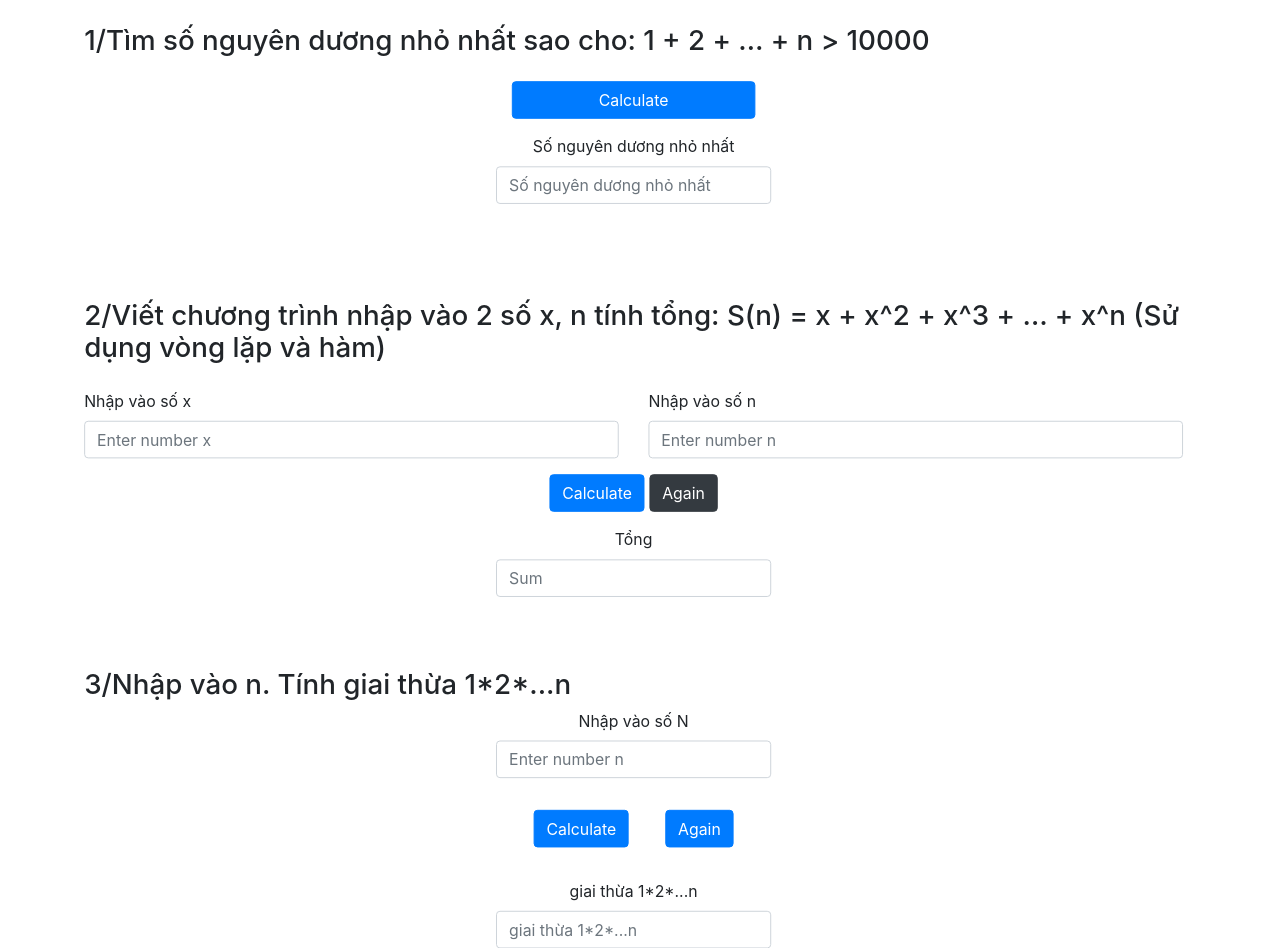
Repository: baobaodeveloper/bootcamp21__loop__HuynhAnhBao
Page: index.html
These files come from the project's save history. The page is drawn as it stood at one moment and after the next save; the edit follows.
The browser window is 1280 px wide. The pictures show the whole page, at 99% of full size.

Above is the page before, as saved 2022-03-16 23:43:03.

### index.html
<!DOCTYPE html>
<html lang="en">
  <head>
    <title>Exercise Js</title>
    <!-- Required meta tags -->
    <meta charset="utf-8" />
    <meta
      name="viewport"
      content="width=device-width, initial-scale=1, shrink-to-fit=no"
    />

    <!-- Bootstrap CSS -->
    <link
      rel="stylesheet"
      href="https://stackpath.bootstrapcdn.com/bootstrap/4.3.1/css/bootstrap.min.css"
      integrity="sha384-ggOyR0iXCbMQv3Xipma34MD+dH/1fQ784/j6cY/iJTQUOhcWr7x9JvoRxT2MZw1T"
      crossorigin="anonymous"
    />
  </head>
  <body>
    <!--1/Tìm số nguyên dương nhỏ nhất sao cho:
    1 + 2 + … + n > 10000-->
    <div class="container mt-4">
      <h3>1/Tìm số nguyên dương nhỏ nhất sao cho: 1 + 2 + … + n > 10000</h3>
      <div class="mb-3 flex-md-column d-flex w-25 m-auto text-center">
        <button type="button" id="min-number" class="btn btn-primary m-3">
          Calculate
        </button>
        <label class="form-label">Số nguyên dương nhỏ nhất</label>
        <input
          type="text"
          class="form-control"
          id="result1"
          placeholder="Số nguyên dương nhỏ nhất"
        />
      </div>
    </div>

    <!--2/Viết chương trình nhập vào 2 số x, n tính tổng: S(n) = x + x^2 + x^3 + … + x^n (Sử
    dụng vòng lặp và hàm)-->
    <div class="container mt-5 pt-5">
      <h3>
        2/Viết chương trình nhập vào 2 số x, n tính tổng: S(n) = x + x^2 + x^3 +
        … + x^n (Sử dụng vòng lặp và hàm)
      </h3>
      <div class="row mt-4">
        <div class="col">
          <label class="form-label">Nhập vào số x</label>
          <input
            type="number"
            class="form-control"
            placeholder="Enter number x"
            id="number-x"
          />
        </div>
        <div class="col">
          <label class="form-label">Nhập vào số n</label>
          <input
            type="number"
            class="form-control"
            placeholder="Enter number n"
            id="number-n"
          />
        </div>
      </div>

      <div class="m-3 text-center">
        <button type="button" id="calculate-sum" class="btn btn-primary">
          Calculate
        </button>
        <button type="button" id="calculate-sum-again" class="btn btn-dark">
          Again
        </button>
      </div>

      <div class="w-25 m-auto text-center">
        <label class="form-label">Tổng</label>
        <input
          type="text"
          class="form-control"
          id="result2"
          placeholder="Sum"
        />
      </div>
    </div>

    <!--3/Nhập vào n. Tính giai thừa 1*2*...n-->
    <div class="container mt-4 pt-5">
      <h3>3/Nhập vào n. Tính giai thừa 1*2*...n</h3>
      <div class="w-25 m-auto text-center">
        <label class="form-label">Nhập vào số N</label>
        <input
          type="email"
          class="form-control"
          id="num-enter"
          placeholder="Enter number n"
        />
      </div>
      <div class="mb-3 flex-md-column d-flex w-25 m-auto text-center">
        <div class="m-3">
          <button
            type="button"
            id="calculate-num-n"
            class="btn btn-primary m-3"
          >
            Calculate
          </button>
          <button
            type="button"
            id="calculate-num-n-again"
            class="btn btn-primary m-3"
          >
            Again
          </button>
        </div>
        <label class="form-label">giai thừa 1*2*...n</label>
        <input
          type="text"
          class="form-control"
          id="result3"
          placeholder="giai thừa 1*2*...n"
        />
      </div>
    </div>

    <!-- Optional JavaScript -->
    <!-- jQuery first, then Popper.js, then Bootstrap JS -->
    <script
      src="https://code.jquery.com/jquery-3.3.1.slim.min.js"
      integrity="sha384-q8i/X+965DzO0rT7abK41JStQIAqVgRVzpbzo5smXKp4YfRvH+8abtTE1Pi6jizo"
      crossorigin="anonymous"
    ></script>
    <script
      src="https://cdnjs.cloudflare.com/ajax/libs/popper.js/1.14.7/umd/popper.min.js"
      integrity="sha384-UO2eT0CpHqdSJQ6hJty5KVphtPhzWj9WO1clHTMGa3JDZwrnQq4sF86dIHNDz0W1"
      crossorigin="anonymous"
    ></script>
    <script
      src="https://stackpath.bootstrapcdn.com/bootstrap/4.3.1/js/bootstrap.min.js"
      integrity="sha384-JjSmVgyd0p3pXB1rRibZUAYoIIy6OrQ6VrjIEaFf/nJGzIxFDsf4x0xIM+B07jRM"
      crossorigin="anonymous"
    ></script>

    <!-- <script src="exercise1.js"></script> -->
    <!-- <script src="exercise2.js"></script> -->
    <script src="exercise3.js"></script>
  </body>
</html>

### exercise3.js
const numEnter = document.getElementById("num-enter");
const result3 = document.getElementById("result3");
document.getElementById("calculate-num-n").addEventListener("click", () => {
  if (numEnter.value) {
    const numEnterValue = +numEnter.value;
    let sum = 1;
    if (numEnterValue === 0) sum = 0;
    for (let i = 2; i <= numEnterValue; i++) {
      sum *= i;
    }
    result3.value = sum;
  }
});

document
  .getElementById("calculate-num-n-again")
  .addEventListener("click", () => {
    result3.value = "";
    numEnter.value = "";
  });

After the next save:
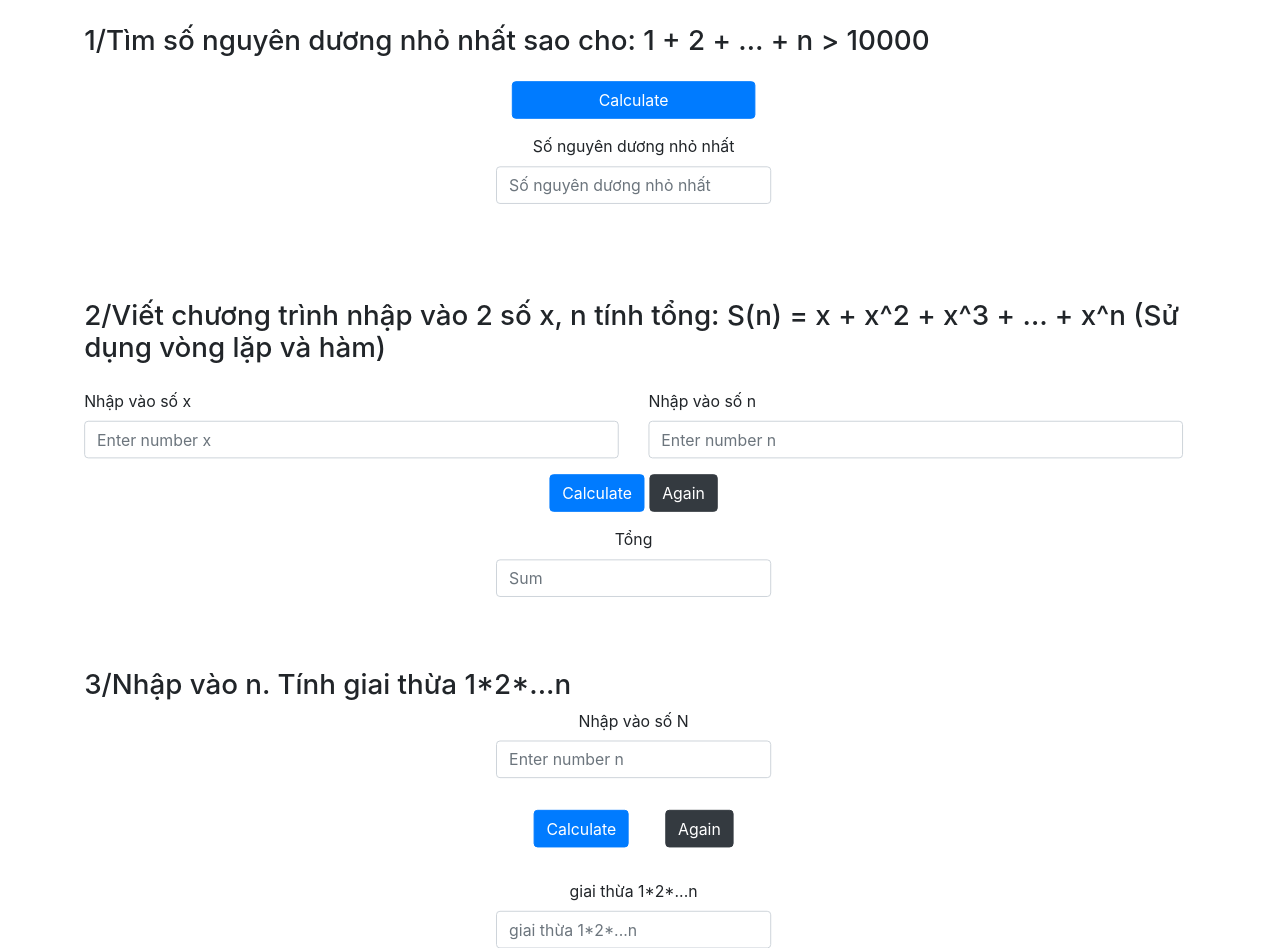
Saved 35 s later.
--- a/index.html
+++ b/index.html
@@ -108,7 +108,7 @@
           <button
             type="button"
             id="calculate-num-n-again"
-            class="btn btn-primary m-3"
+            class="btn btn-dark m-3"
           >
             Again
           </button>
